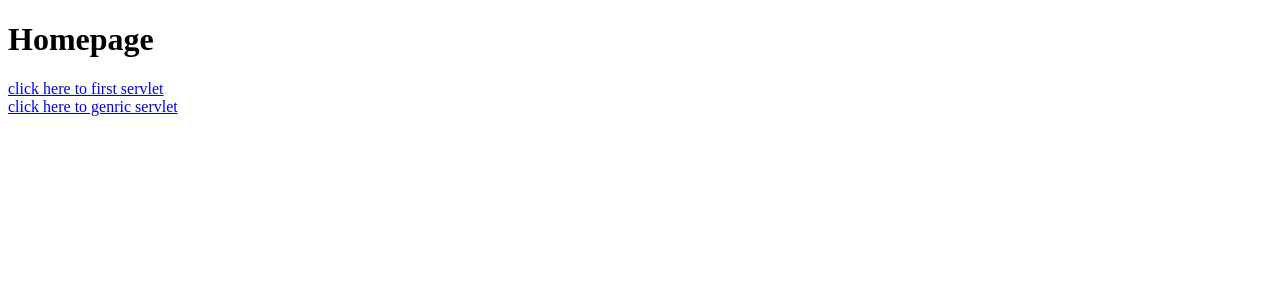
Repository: Rupam1210/servlet
Page: week6_/WebContent/index.html
These files come from the project's save history. The page is drawn as it stood at one moment and after the next save; the edit follows.
The browser window is 1280 px wide. The pictures show the whole page.

Above is the page before, as saved 2024-03-05 19:08:42.

After the next save:
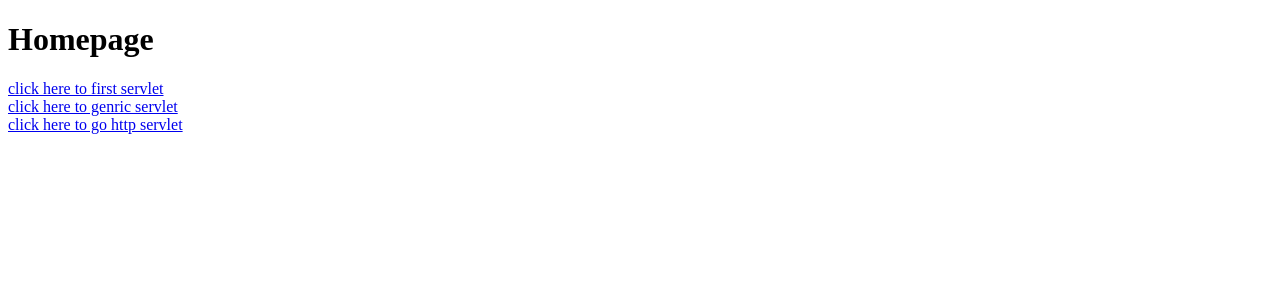
Saved 56 s later.
--- a/week6_/WebContent/index.html
+++ b/week6_/WebContent/index.html
@@ -8,7 +8,7 @@
 <h1>Homepage</h1>
 <a href="app" >click here to first servlet</a><br>
 <a href="app2">click here to genric servlet</a><br>
-
+ <a href="app3">click here to go http servlet</a><br>
 
 </body>
 </html>
